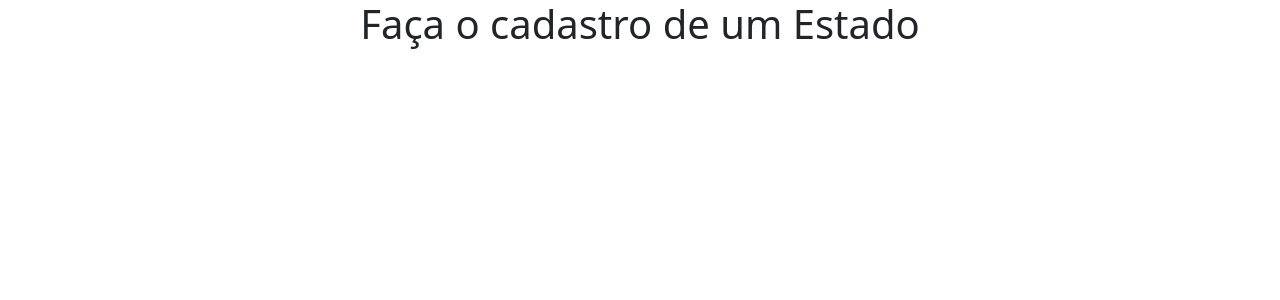
Repository: danielandradedasilva/ProjetoWebJava
Page: http://localhost/projetoweb/
The author's editor kept a copy of each file at every save. The page is drawn from the files as they stood at one save, then again after the next save.
The browser window is 1280 px wide. The pictures show the whole page.
The page is served by Tomcat 9.

Above is the page before, as saved 2021-05-10 01:45:18.

After the next save:
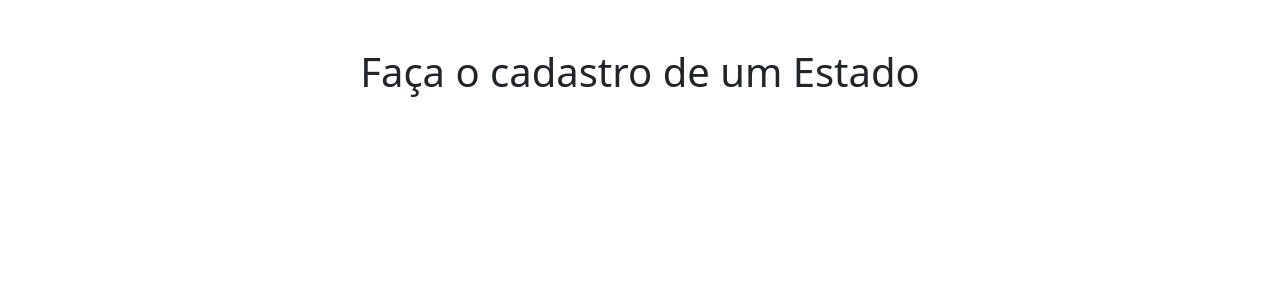
Saved 102 s later.
--- a/projetoweb/src/main/webapp/index.jsp
+++ b/projetoweb/src/main/webapp/index.jsp
@@ -15,7 +15,7 @@
 <body>
 
 	<div class="container">
-		<h1 align="center">Faça o cadastro de um Estado</h1>
+		<h1 align="center" class="mt-5">Faça o cadastro de um Estado</h1>
 
 		<div class="row">
 			<div class="col"></div>

After the save that followed:
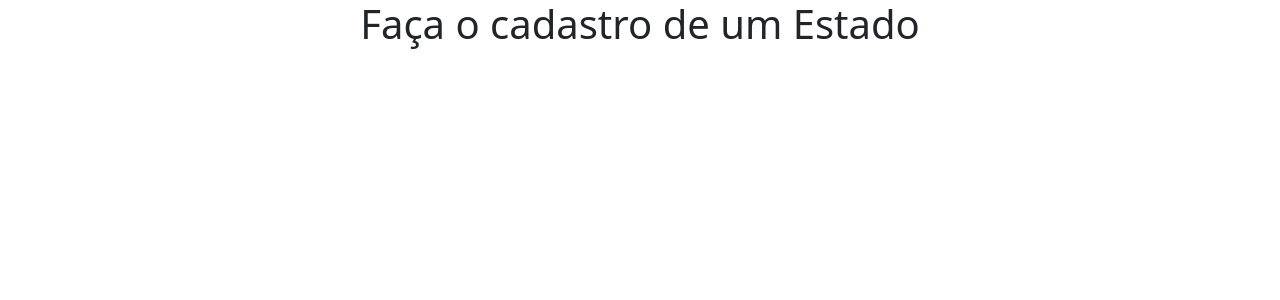
Saved 10 s later.
--- a/projetoweb/src/main/webapp/index.jsp
+++ b/projetoweb/src/main/webapp/index.jsp
@@ -15,7 +15,7 @@
 <body>
 
 	<div class="container">
-		<h1 align="center" class="mt-5">Faça o cadastro de um Estado</h1>
+		<h1 align="center" class="mb-5">Faça o cadastro de um Estado</h1>
 
 		<div class="row">
 			<div class="col"></div>
